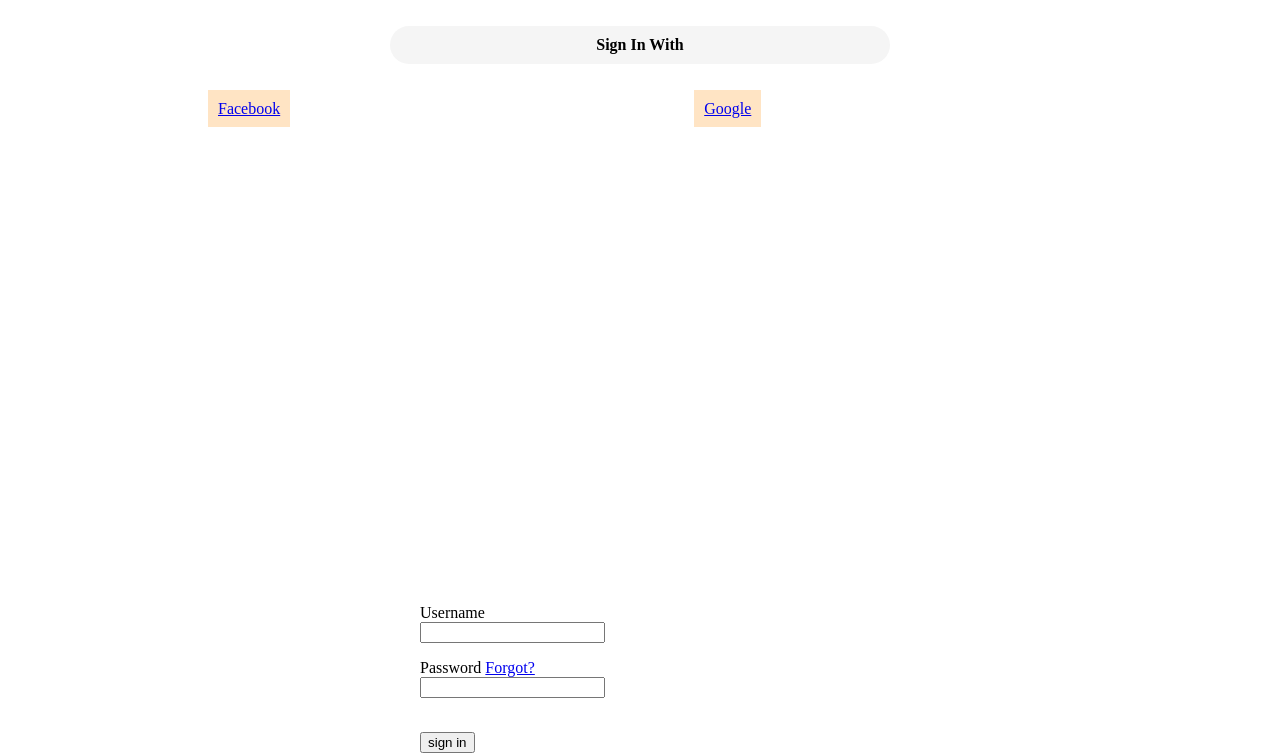
Repository: Tobby004/bdc-assignment-2
Page: index.html
The author's editor kept a copy of each file at every save. The page is drawn from the files as they stood at one save, then again after the next save.
The browser window is 1280 px wide. The pictures show the whole page.

Above is the page before, as saved 2023-02-11 06:55:00.

### index.html
<!DOCTYPE html>
<html lang="en">
<head>
    <meta charset="UTF-8">
    <meta http-equiv="X-UA-Compatible" content="IE=edge">
    <meta name="viewport" content="width=<device-width>, initial-scale=1.0">
    <title>Document</title>
    <link rel="stylesheet" href="task.css">
</head>
<body>
    <header>
    <div class="box-container">
        <div class="box1">
        <br>
            <b>
             Sign In With
            </b>
        <br>
        <br>
        <a href="#">
            Facebook</a>
            <a href="#">
                Google
            </a>
        </div>
            </div>
        </header>


        <div class="form-input">
        <p>Username
            <br>
            <input type="text" placeholder="" />
        </p>
         <p>Password
            <a href="#">Forgot?</a>
            <br>
            <input type="password" />
         </p>
         <br>
         <button>sign in</button>
        </div>

</body>
</html>

### task.css
*{
    box-sizing:border-box;
}
header b {
    background-color:whitesmoke ;
    display: flex;
    padding: 10px;
    border-radius: 40px;
    margin-right: auto;
    margin-left: auto;
    max-width: 500px;
    justify-content: center;
}
header a {
    padding: 10px;
    display: flexbox;
    background-color: bisque;
    margin-left: 200px;
    margin-right: 200px;
    max-width: 500px
}
.form-input{
    display: block;
    max-width: 500px;
    height: 10px;
    padding: 30px;
    margin-left: auto;
    margin-right: auto;
}
.box-container {
    height: 550px;
}

After the next save:
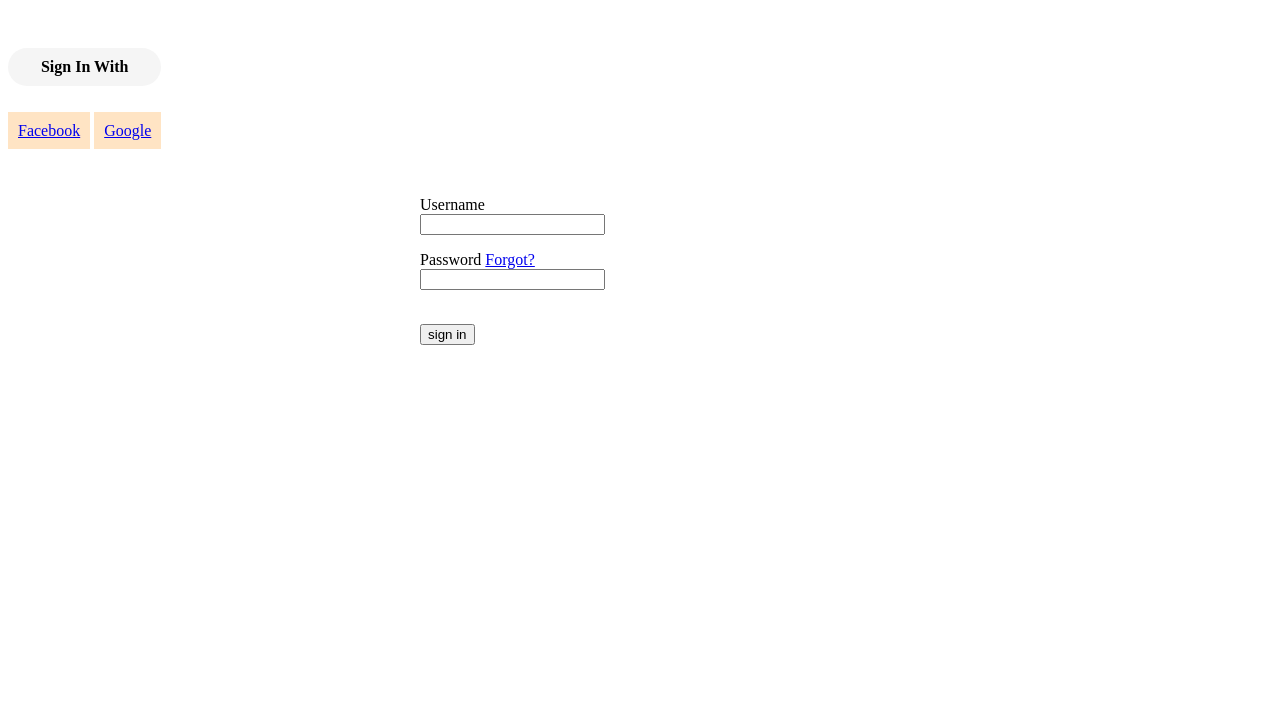
Saved 118 s later.
--- a/task.css
+++ b/task.css
@@ -15,8 +15,6 @@ header a {
     padding: 10px;
     display: flexbox;
     background-color: bisque;
-    margin-left: 200px;
-    margin-right: 200px;
     max-width: 500px
 }
 .form-input{
@@ -28,5 +26,9 @@ header a {
     margin-right: auto;
 }
 .box-container {
-    height: 550px;
+    justify-content: space-between;
+    display: flex;
+    margin-block: 10px;
+    margin-top: 30px;
 }
+bo
